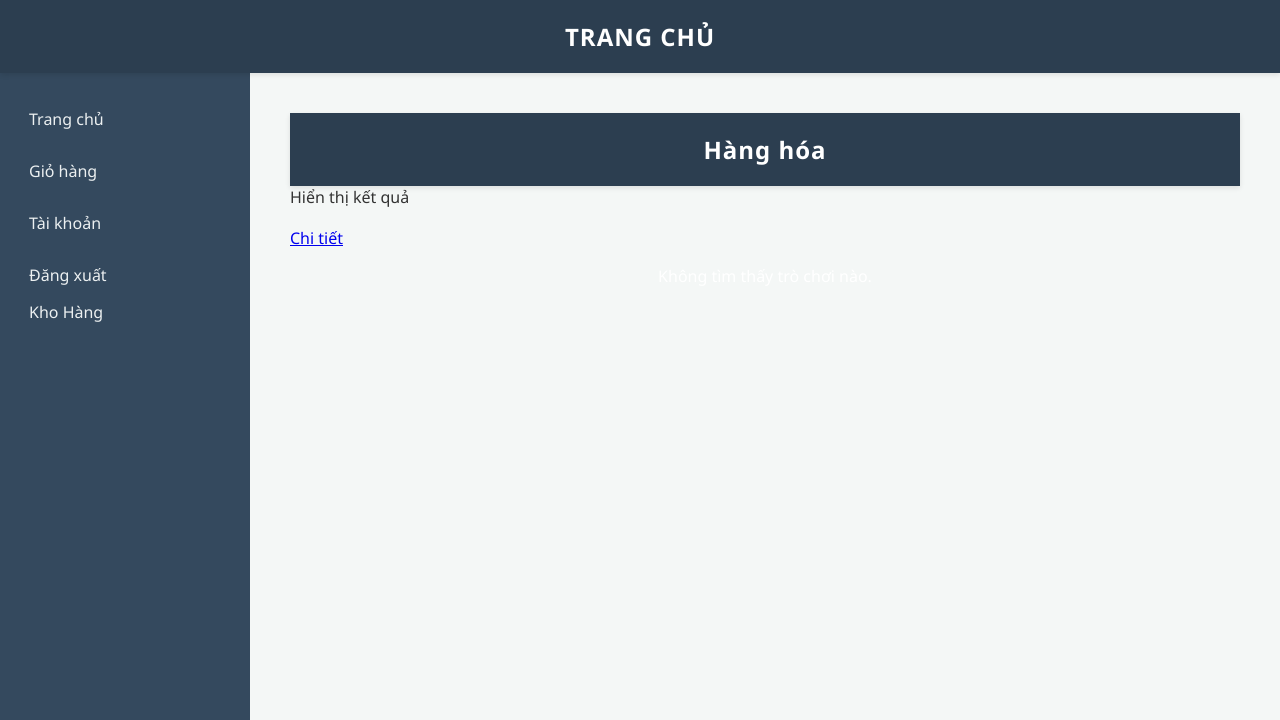
Repository: Chien02/SOAProjects
Page: http://localhost/QuanLyHangHoaWebClient/dashboard.jsp
These files come from the project's save history. The page is drawn as it stood at one moment and after the next save; the edit follows.
The browser window is 1280 px wide. The pictures show the whole page.
The page is served by Tomcat 9. Nobody is signed in. The application's start-up code is not run. The template is opened directly, without the code that normally fills it, so the values that code supplies are empty.

Above is the page before, as saved 2026-03-23 17:42:04.

After the next save:
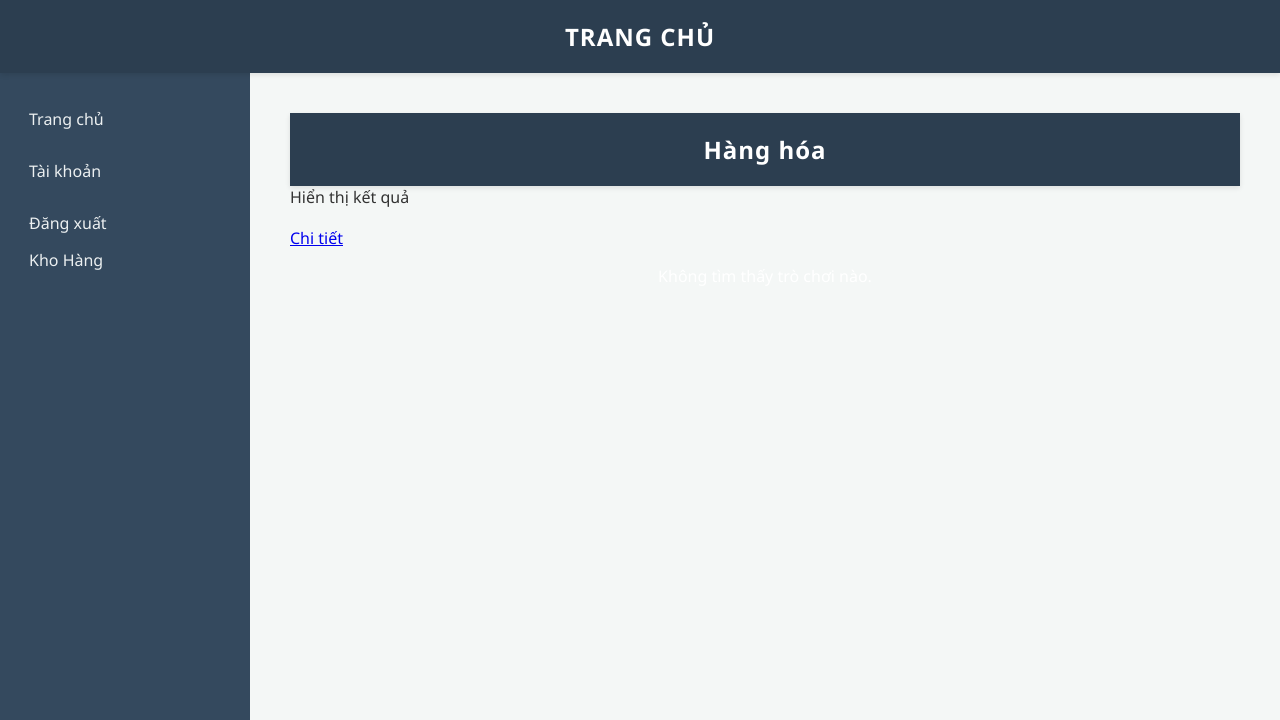
Saved 17 s later.
--- a/QuanLyHangHoaWebClient/WebContent/dashboard.jsp
+++ b/QuanLyHangHoaWebClient/WebContent/dashboard.jsp
@@ -11,7 +11,6 @@
 	<h2>TRANG CHỦ</h2>
 	<aside>
 		<a href="#">Trang chủ</a>
-		<a href="payment?action=cart">Giỏ hàng</a>
 		<a href="userInfo.jsp">Tài khoản</a>
 		<a href="customer?action=dangXuat">Đăng xuất</a>
 		<c:if test="${customer.laAdmin}">
